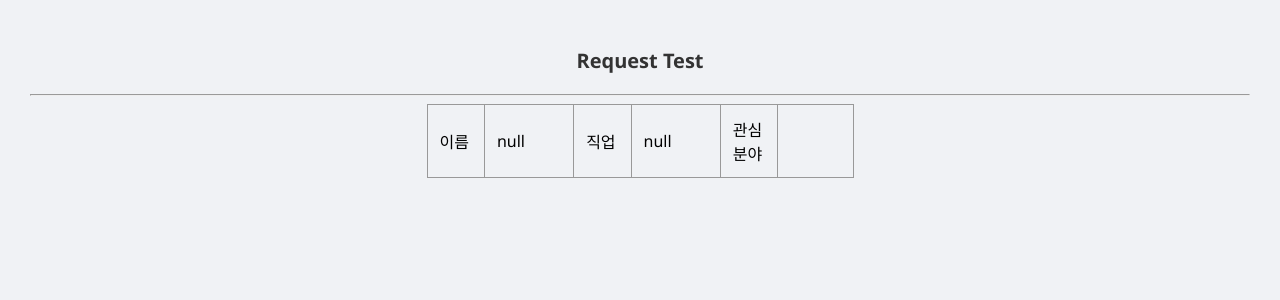
Repository: topblame/Bootcamp
Page: http://localhost/JSP_250408/chapter01/request_result.jsp
These files come from the project's save history. The page is drawn as it stood at one moment and after a run of saves; the edit follows.
The browser window is 1280 px wide. The pictures show the whole page.
The page is served by Tomcat 9. Other server files are loaded and not shown.

Above is the page before, as saved 2025-06-24 03:04:51.

### WebMvc/JSP_250408/src/main/webapp/chapter01/request_result.jsp
<%@ page language="java" contentType="text/html; charset=UTF-8"
	pageEncoding="UTF-8"%>
<!DOCTYPE html>
<html>
<head>
<meta charset="UTF-8">
<title>Request Result</title>
<link rel="stylesheet" type="text/css" href="../css/style01.css">
</head>
<body>
	<%
	request.setCharacterEncoding("utf-8");
	%>
	<div align="center">
		<h2>Request Test</h2>
		<hr />
		<table width="400" border="1" cellspacing="1" cellpadding="5">
			<tr>
				<td width="50">이름</td>
				<td width="100"><%=request.getParameter("username") %></td>

				<td width="50">직업</td>
				<td width="100"><%=request.getParameter("job") %></td>

				<td width="50">관심분야</td>
				<td width="100"></td>
			</tr>
		</table>
	</div>
</body>
</html>

### WebMvc/JSP_250408/src/main/webapp/css/style01.css
body {
    font-family: 'Segoe UI', sans-serif;
    background: #f0f2f5;
    margin: 0;
    padding: 30px;
}
h2 {
    color: #333;
    margin-bottom: 20px;
    text-align: center;
    font-size: 20px;
    font-weight: bold;
}
.container {
    background: white;
    border-radius: 10px;
    padding: 30px;
    width: 450px;
    margin: 0 auto;
    box-shadow: 0 4px 10px rgba(0, 0, 0, 0.1);
}
table {
    width: 35%;
    margin: 0 auto; /* 가운데 정렬 */
    border-collapse: collapse;
    border: 1px solid #808080;
}
td {
    padding: 12px;
    border: 1px solid #999;
}


input[type="text"], select {
    width: 100%;
    padding: 8px;
    border: 1px solid #ccc;
    border-radius: 6px;
    box-sizing: border-box;
}
input[type="submit"], input[type="reset"] {
    padding: 10px 20px;
    margin: 5px;
    border: none;
    border-radius: 6px;
    cursor: pointer;
    background-color: #007BFF;
    color: white;
    font-weight: bold;
}
input[type="reset"] {
    background-color: #6c757d;
}
input[type="submit"]:hover, input[type="reset"]:hover {
    opacity: 0.9;
}
.button-cell {
    text-align: center;
    border-bottom: none !important;
}

After the next 2 saves:
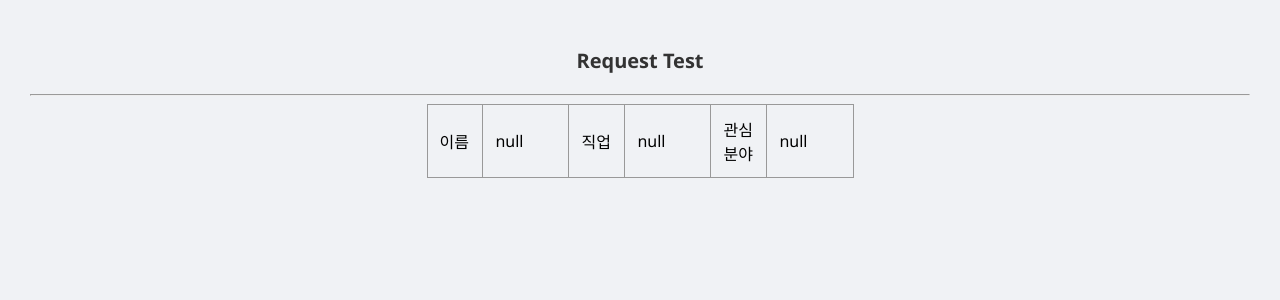
The 2 saves are shown as one change because 1 did not build or start.
The last was saved 20 s later.
--- a/WebMvc/JSP_250408/src/main/webapp/chapter01/request_result.jsp
+++ b/WebMvc/JSP_250408/src/main/webapp/chapter01/request_result.jsp
@@ -23,7 +23,7 @@
 				<td width="100"><%=request.getParameter("job") %></td>
 
 				<td width="50">관심분야</td>
-				<td width="100"></td>
+				<td width="100"><%=request.getParameter("favorite") %></td>
 			</tr>
 		</table>
 	</div>
